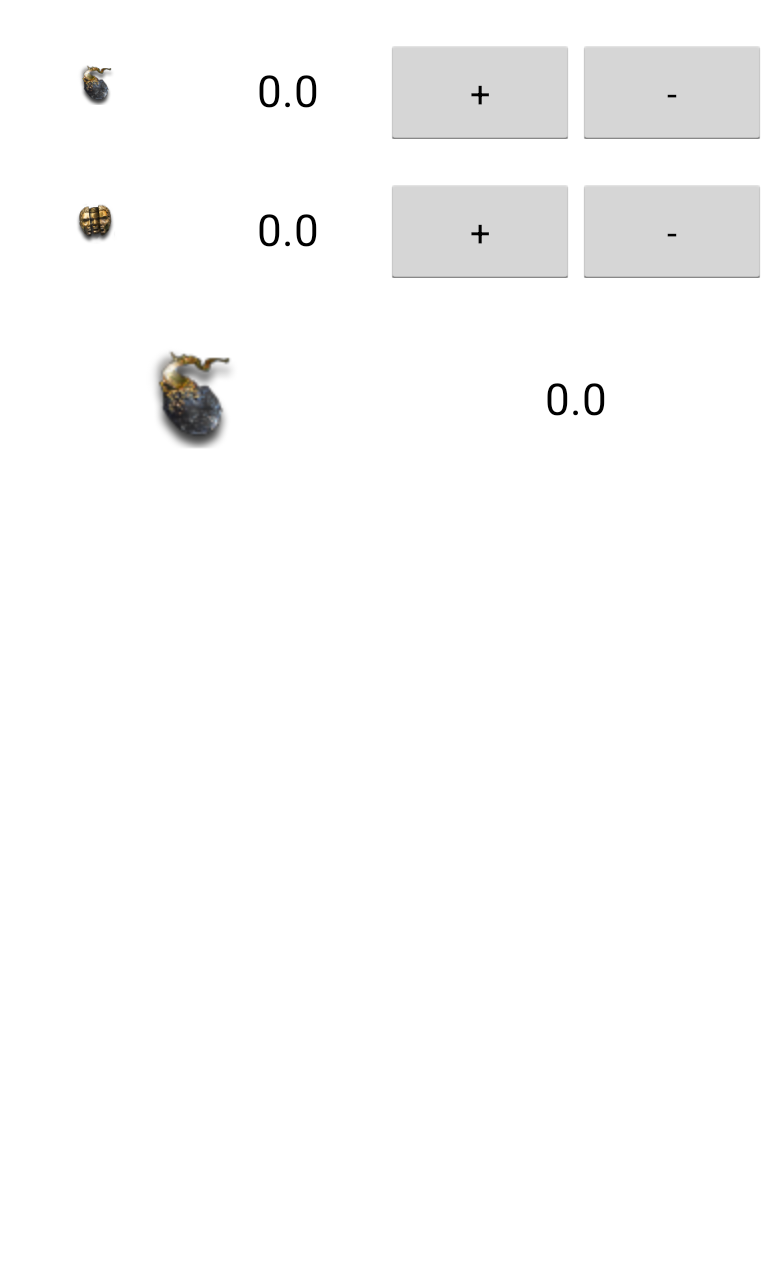
Repository: erictoddhagen/StartingAndriod
Layout: MyFirstApp/OrbTradeTracker/res/layout/activity_main.xml
These files come from the project's save history. The layout is drawn as it stood at one moment and after the next save; the edit follows.
It is drawn on a 768 x 1280 px phone screen (xhdpi) without system bars, with theme AppTheme; the app's code is not run.

Above is the layout before, as saved 2013-02-03 20:02:40.

After the next save:
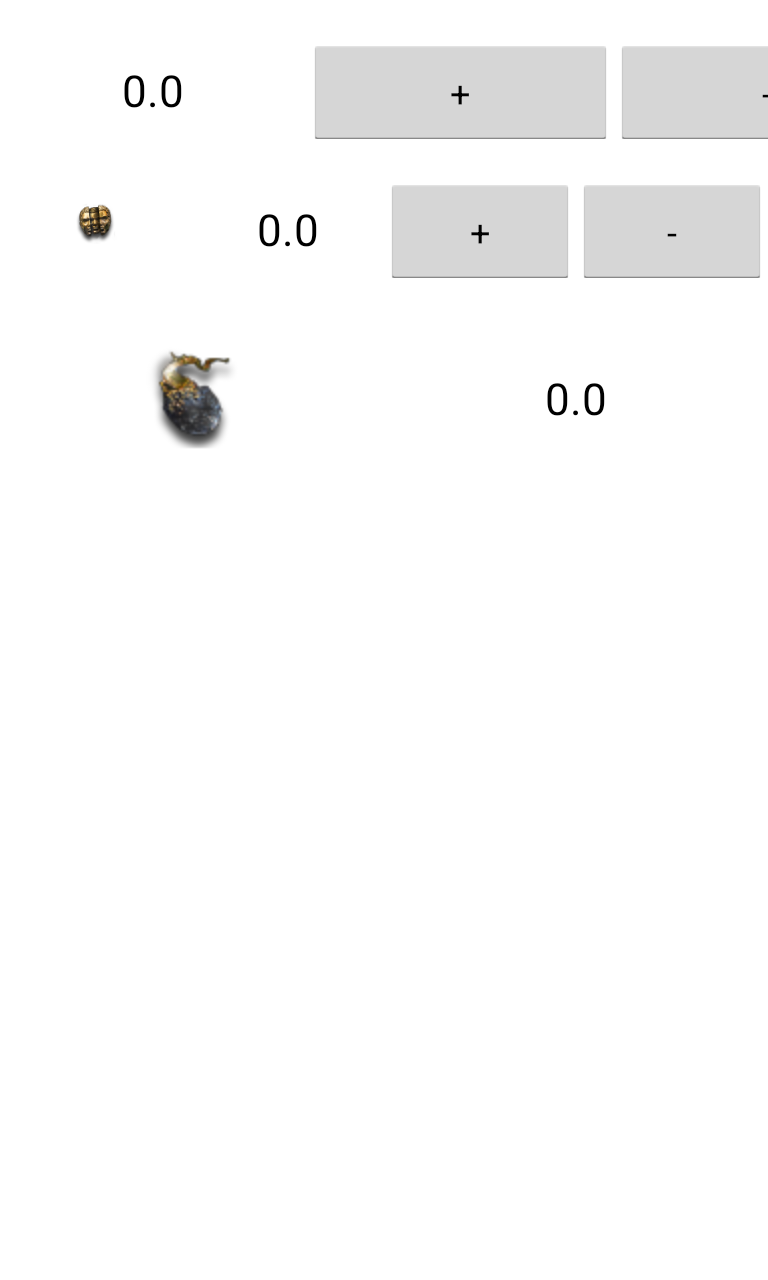
Saved 26 s later.
--- a/MyFirstApp/OrbTradeTracker/res/layout/activity_main.xml
+++ b/MyFirstApp/OrbTradeTracker/res/layout/activity_main.xml
@@ -16,7 +16,7 @@
         android:layout_width="fill_parent"
         android:layout_height="fill_parent"
         android:padding="15dip"
-        android:layout_weight="1"
+        android:layout_weight="2"
         android:gravity="center"
         android:src="@drawable/alchemy" />
 

After the save that followed:
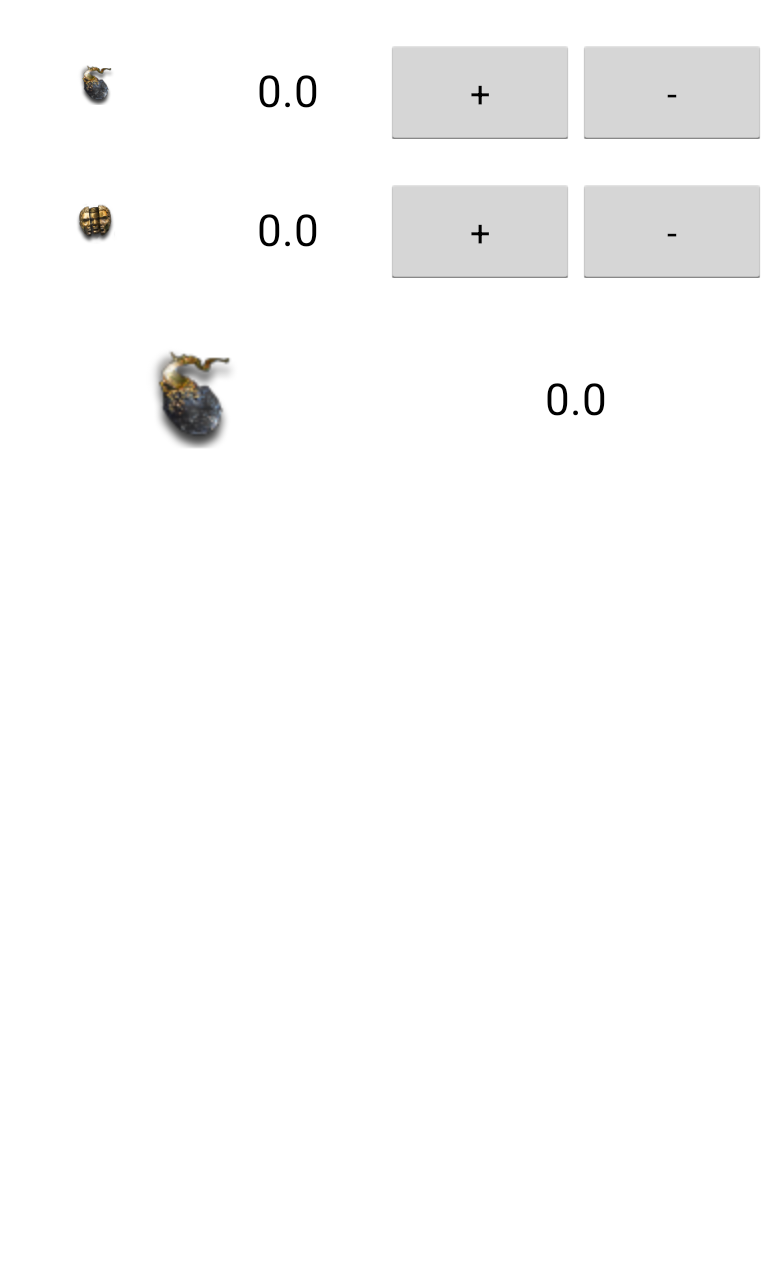
Saved 34 s later.
--- a/MyFirstApp/OrbTradeTracker/res/layout/activity_main.xml
+++ b/MyFirstApp/OrbTradeTracker/res/layout/activity_main.xml
@@ -16,7 +16,7 @@
         android:layout_width="fill_parent"
         android:layout_height="fill_parent"
         android:padding="15dip"
-        android:layout_weight="2"
+        android:layout_weight="1"
         android:gravity="center"
         android:src="@drawable/alchemy" />
 
